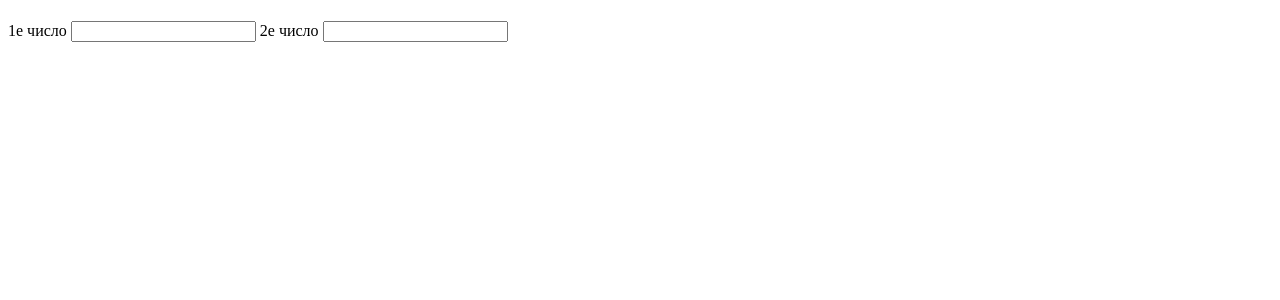
Repository: Serkebaeva/Phoenix
Page: index.html
The author's editor kept a copy of each file at every save. The page is drawn from the files as they stood at one save, then again after the next save.
The browser window is 1280 px wide. The pictures show the whole page.

Above is the page before, as saved 2022-10-29 20:42:00.
Console error: TypeError: Cannot set properties of null (setting 'innerText')

### index.html
<!DOCTYPE html>
<html lang="en">
  <head>
    <meta charset="UTF-8" />
    <meta http-equiv="X-UA-Compatible" content="IE=edge" />
    <meta name="viewport" content="width=device-width, initial-scale=1.0" />
    <title>Document</title>
  </head>
  <body>
    <h1 class="h1"></h1>

    <label>
      1e число
      <input type="number" id="number-1" />
    </label>

    <label>
      2e число
      <input type="number" id="number-2" />
    </label>

    <!--<script src="Задание-2.js"></script>-->
    <script src="calculatorTask.js"></script>
    <!--<script src="задание-3.js"></script>-->
  </body>
</html>

### calculatorTask.js
let num1 = document.querySelector("#number-1");
let num2 = document.querySelector("#number-2");

num1 = +num1.value;
num2 = +num2.value;

let result = num1 + num2;

const output = document.querySelector(".result");
output.innerText = result;

console.log(num1);
console.log(num2);

After the next save:
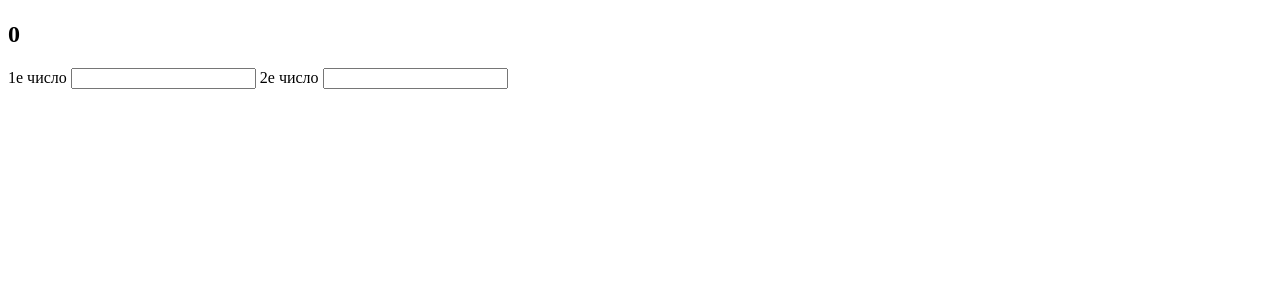
The error is gone.
Saved 80 s later.
--- a/index.html
+++ b/index.html
@@ -8,6 +8,7 @@
   </head>
   <body>
     <h1 class="h1"></h1>
+    <h2 class="result"></h2>
 
     <label>
       1e число
